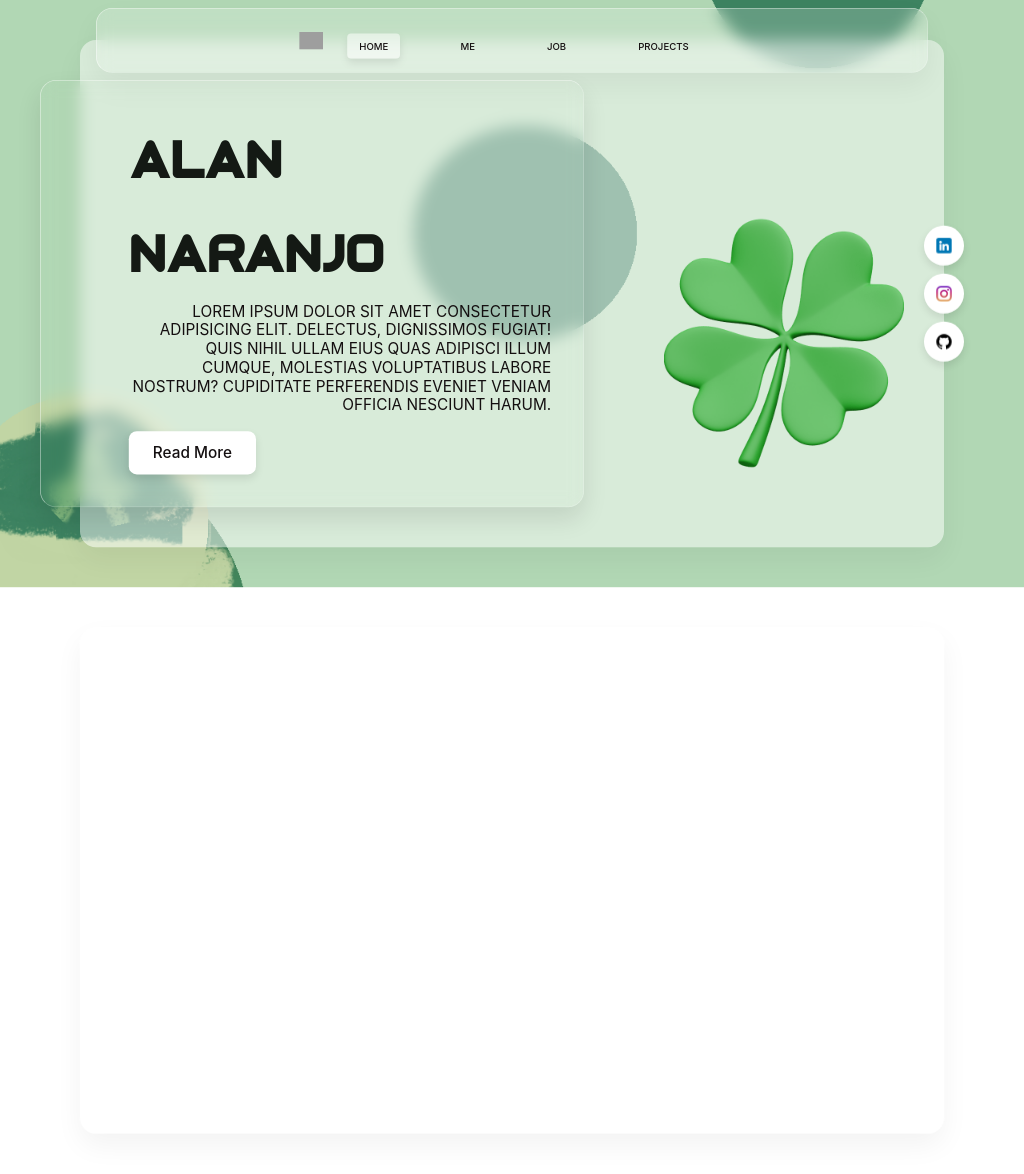
Repository: L-A-M-J-O/Me-sitio-Web
Page: / (app in my-project/)
The author's editor kept a copy of each file at every save. The page is drawn from the files as they stood at one save, then again after the next save.
The browser window is 1280 px wide. The pictures show the whole page, at 80% of full size.
Pictures or frames that could not be fetched are drawn as grey boxes. Backgrounds fixed to the window are drawn as part of the page. The project was rebuilt for these pictures with package versions that can differ from the ones it lists, and the page was loaded fresh each time.

Above is the page before, as saved 2022-09-19 16:42:22.

### my-project/src/App.jsx
import './App.css';
import Me from './components/Me/Me';

import Navbar from './components/Navbar/Navbar'


function App() {
  return (
    <>
      <Navbar/>
      <Me/>
    </>


  );
}

export default App;

### my-project/src/App.css
 * {
    margin: 0;
    padding: 0;
    box-sizing: border-box;
 }

### my-project/src/components/Me/Me.jsx
import React from 'react'

import '../Me/Me.css'

function Me() {
  return (
    <div id='me' className='section-me'>
      <div className='container-m'>

      </div>
    </div>
  )
}

export default Me

### my-project/src/components/Navbar/Navbar.jsx
import React from 'react'

import {Link} from 'react-scroll'

import logotipo from '../../assets/img/logotipo.png'
import icon from '../../assets/img/icon.png'
import instagram from '../../assets/img/instagram.png'
import linkedin from '../../assets/img/linkedin.png'
import github from '../../assets/img/github.png'

import '../Navbar/Navbar.css'


function Navbar() {
  return (
    <section id='nav'>
      <div className='container-m'>
        <header>
          <Link to='nav' className='logo'><img src={ icon} alt='icon' width={30}/></Link>
          <ul>
            <li><Link to='nav' className='active'>Home</Link></li>
            <li><Link to='me' href='#' className=''>Me</Link></li>
            <li><Link href='#' className=''>Job</Link></li>
            <li><Link href='#' className=''>Projects</Link></li>
          </ul>
        </header>
        <div className='content'>
          <h2>Alan Naranjo</h2>
          <p>Lorem ipsum dolor sit amet consectetur adipisicing elit. Delectus, dignissimos fugiat! Quis nihil ullam eius quas adipisci illum cumque, molestias voluptatibus labore nostrum? Cupiditate perferendis eveniet veniam officia nesciunt harum.</p>
          <Link href='#'>Read More</Link>
        </div>
        <div className='img-icon'>
          <img src={ logotipo } alt='logotipo'/>
        </div>
        <ul className='sci'>
          <li><Link href='#'><img src={linkedin} alt='linkedin'/></Link></li>
          <li><Link href='#'><img src={instagram} alt='instagram'/></Link></li>
          <li><Link href='#'><img src={github} alt='github'/></Link></li>
        </ul>
      </div>
    </section>
  )
}

export default Navbar

### my-project/src/components/Me/Me.css
.section-me {
        display: flex;
        justify-content: center;
        align-items: center;
        min-height: 100vh;
        background-color: ;
        background-position: center;
        background-attachment: fixed;
        padding: 50px;
}


.container-m{
    position: relative;
    width: calc(100% - 100px);
    height: 88vh;
    background-color: rgba(255, 255, 255, 0.5);
    box-shadow:  0 15px 35px rgba(0, 0, 0, 0.05);
    border-radius: 20px;
    display: flex;
    justify-content: space-between;
    align-items: center;
    padding: 50px;
}

### my-project/src/components/Navbar/Navbar.css
@font-face {
    font-family: Osiris;
    src: url(../../assets//img/Osiris.otf);
}

section {
    display: flex;
    justify-content: center;
    align-items: center;
    min-height: 100vh;
    background-image: url(../../assets/img/banner.png);
    background-position: center;
    background-attachment: fixed;
    padding: 50px;
}
.container-m{
    position: relative;
    width: calc(100% - 100px);
    height: 88vh;
    background-color: rgba(255, 255, 255, 0.5);
    box-shadow:  0 15px 35px rgba(0, 0, 0, 0.05);
    border-radius: 20px;
    display: flex;
    justify-content: space-between;
    align-items: center;
    padding: 50px;
}
header {
    position: absolute;
    top: -40px;
    right: 20px;
    left: 20px;
    padding: 20px 50px;
    display: flex;
    justify-content: center;
    align-items: baseline;
    background: rgba(255, 255, 255, 0.2);
    box-shadow:  0 15px 35px rgba(0, 0, 0, 0.05);
    border-radius: 20px;
    backdrop-filter: blur(10px);
    border: 1px solid rgba(255, 255, 255, 0.25);
    border-top: 1px solid rgba(255, 255, 255, 0.5);
    border-left: 1px solid rgba(255, 255, 255, 0.5);
}

header .logo {
    color: #140f10;
    font-weight: 700;
    text-decoration: none;
    font-size: 2rem;
}
header ul {
    display: flex;
}
header ul li {
    list-style: none;
    margin:  0 30px;
}
header ul li a {
    border: var(--default-border-width) solid var(--default-border-color);
    border-radius: var(--default-border-radius);
    text-transform: uppercase;
    font-weight: 500;
    font-size: max(12px,.9375vw);
    padding: 0 1.3333em;
    height: 2.5555em;
    line-height: 1.2222222222;
    transition: background-color .15s ease-in-out;
    -webkit-appearance: none;
    appearance: none;
    text-decoration: none;
    color: #140f10;
    padding: 8px 15px;
    border-radius: 25px;
    cursor: pointer;
}
header ul li a:hover,
header ul li a.active {
    border-radius: 5px;
    background-color: #ffffff81;
    color: #140f10;
    box-shadow: 0 5px 10px rgba(0, 0, 0, 0.1);
}

.content {
    transform: translateX(-100px);
    max-width: 700px;
    box-shadow:  0 15px 30px rgba(0, 0, 0, 0.1);
    border-radius: 20px;
    backdrop-filter: blur(10px);
    border: 1px solid rgba(255, 255, 255, 0.25);
    border-top: 1px solid rgba(255, 255, 255, 0.5);
    border-left: 1px solid rgba(255, 255, 255, 0.5);
    padding: 40px;
    padding-left: 110px;
}
.content h2 {
    font-family: Osiris;
    font-size: 4rem;
    line-height: 1.85;
    text-transform: lowercase;
    margin: 0;
    color: #141914;
}
.content p {
    text-align: end;
    border: var(--default-border-width) solid var(--default-border-color);
    border-radius: var(--default-border-radius);
    text-transform: uppercase;
    font-weight: 400;
    font-size: max(12px,.9375vw);
    line-height: 1.2222222222;
    transition: background-color .15s ease-in-out;
    -webkit-appearance: none;
    appearance: none;
    font-size: 1.2em;
    color: #140f10;
}
.content a {
    display: inline-block;
    padding: 15px 30px;
    background: #fff;
    color: #140f10;
    margin-top: 20px;
    border-radius: 10px;
    font-size: 1.2em;
    font-weight: 500;
    text-decoration: none;
    box-shadow:  0 5px 10px rgba(0, 0, 0, 0.1);
}
.img-icon img {
    max-width: 400px;
    animation: animate 5s linear infinite;
}
@keyframes animate {
    0%,100%{
        transform: translateY(50px);
    }
    50% {
        transform: translateY(100px);
    }
}
.sci {
    position: absolute;
    right: -25px;
    display: flex;
    justify-content: center;
    align-items: center;
    flex-direction: column;
}
.sci li {
    list-style: none;
}
.sci li a {
    text-decoration: none;
    width: 50px;
    height: 50px;
    background: #fff;
    display: flex;
    justify-content: center;
    align-items: center;
    border-radius: 50%;
    margin: 5px 0;
    box-shadow: 0 5px 10px rgba(0, 0, 0, 0.1);
}
.sci li a img {
    transform: scale(0.6);
    transition: 0.5s;
}
sci li:hover a img {
    transform: scale(0.6) rotate(360deg);
}

Loaded but not shown: my-project/src/index.js (common file); my-project/src/index.css (common file); my-project/src/reportWebVitals.js (common file)

After the next save:
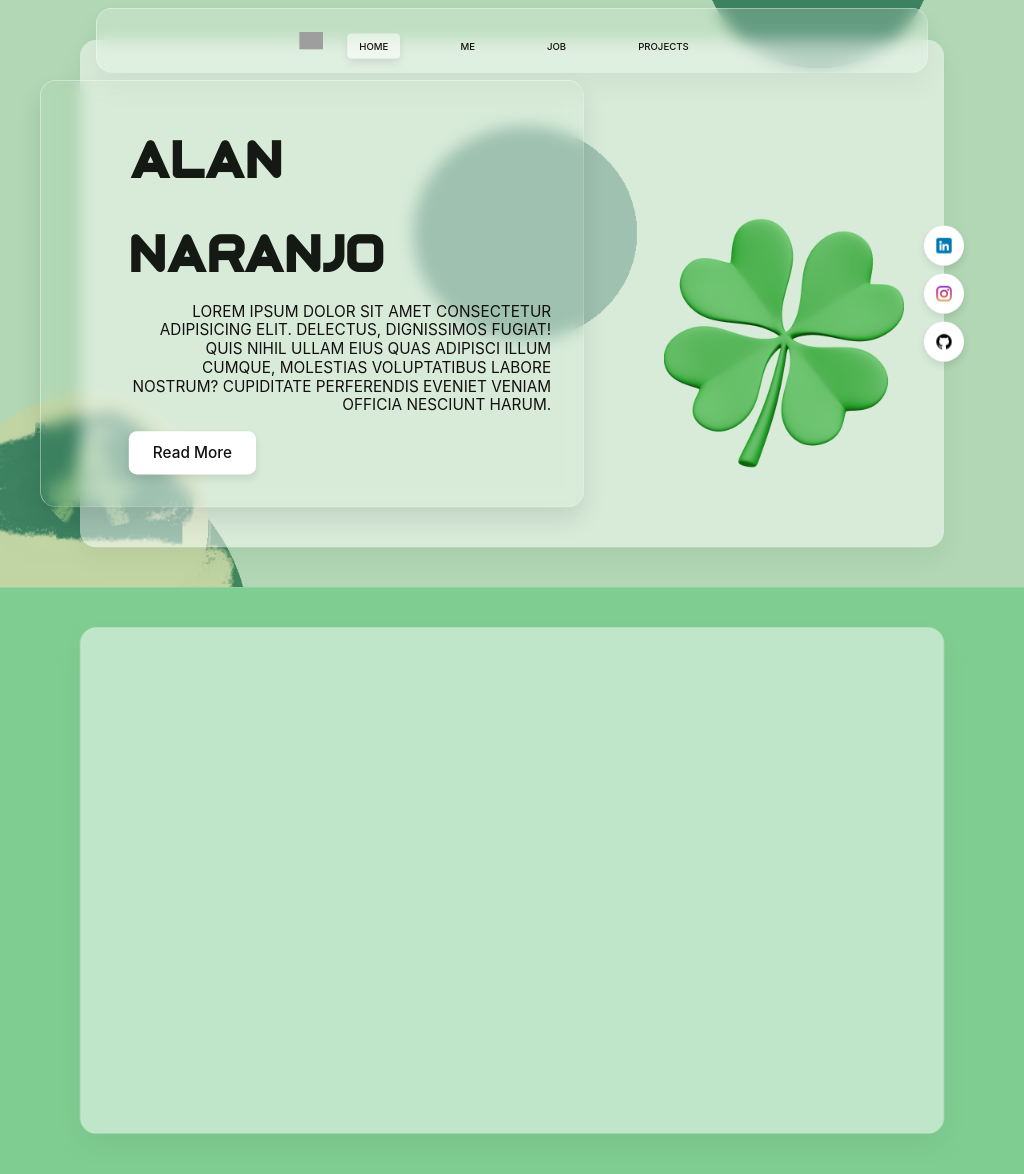
Saved 40 s later.
--- a/my-project/src/components/Me/Me.css
+++ b/my-project/src/components/Me/Me.css
@@ -3,7 +3,7 @@
         justify-content: center;
         align-items: center;
         min-height: 100vh;
-        background-color: ;
+        background-color: #7FCD91;
         background-position: center;
         background-attachment: fixed;
         padding: 50px;

After the 2 saves that followed:
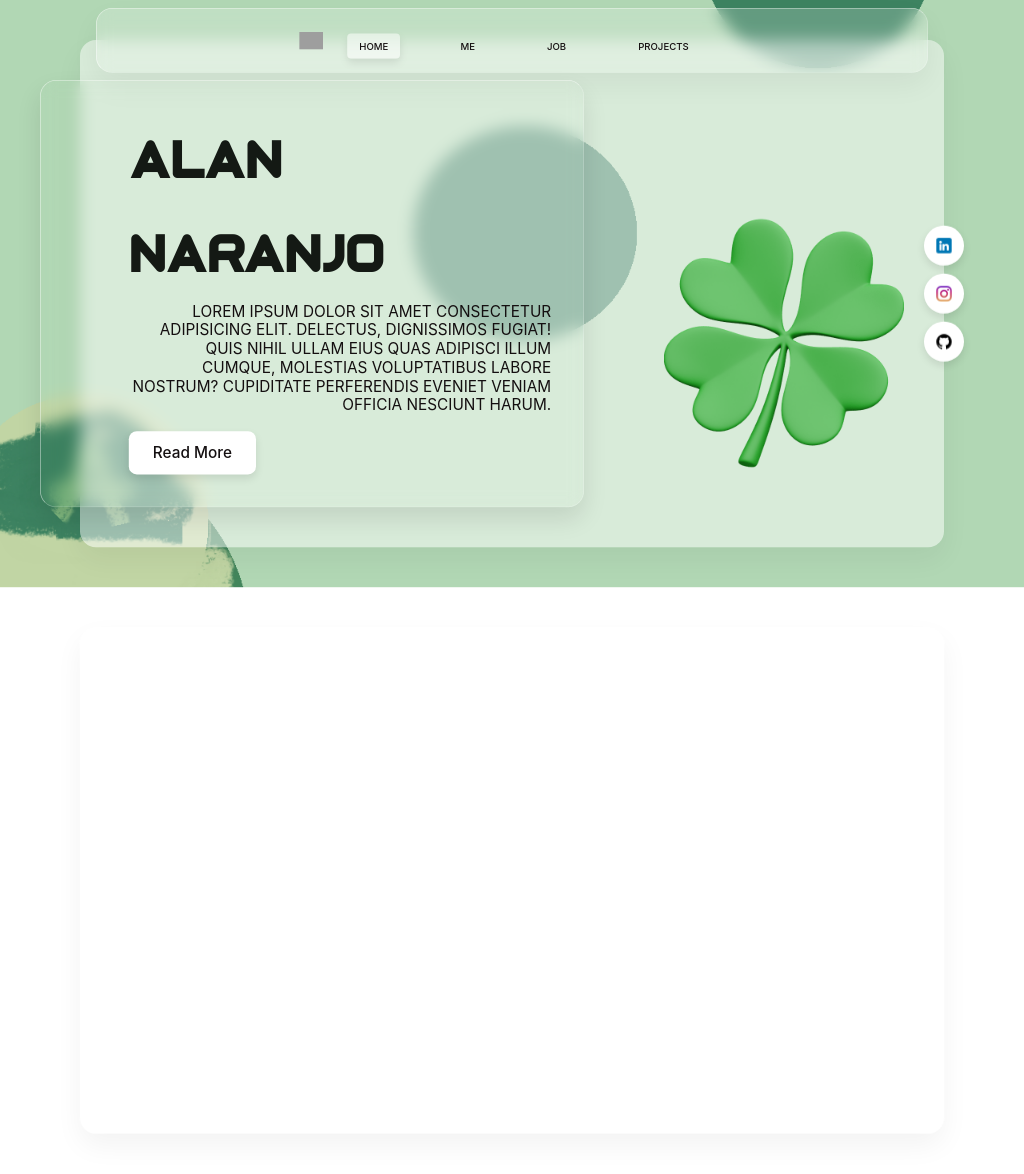
The 2 saves are shown as one change because 1 left the picture as it was.
The last was saved 79 s later.
--- a/my-project/src/components/Me/Me.css
+++ b/my-project/src/components/Me/Me.css
@@ -3,13 +3,11 @@
         justify-content: center;
         align-items: center;
         min-height: 100vh;
-        background-color: #7FCD91;
+        /* background-color: #7FCD91; */
         background-position: center;
         background-attachment: fixed;
         padding: 50px;
 }
-
-
 .container-m{
     position: relative;
     width: calc(100% - 100px);
